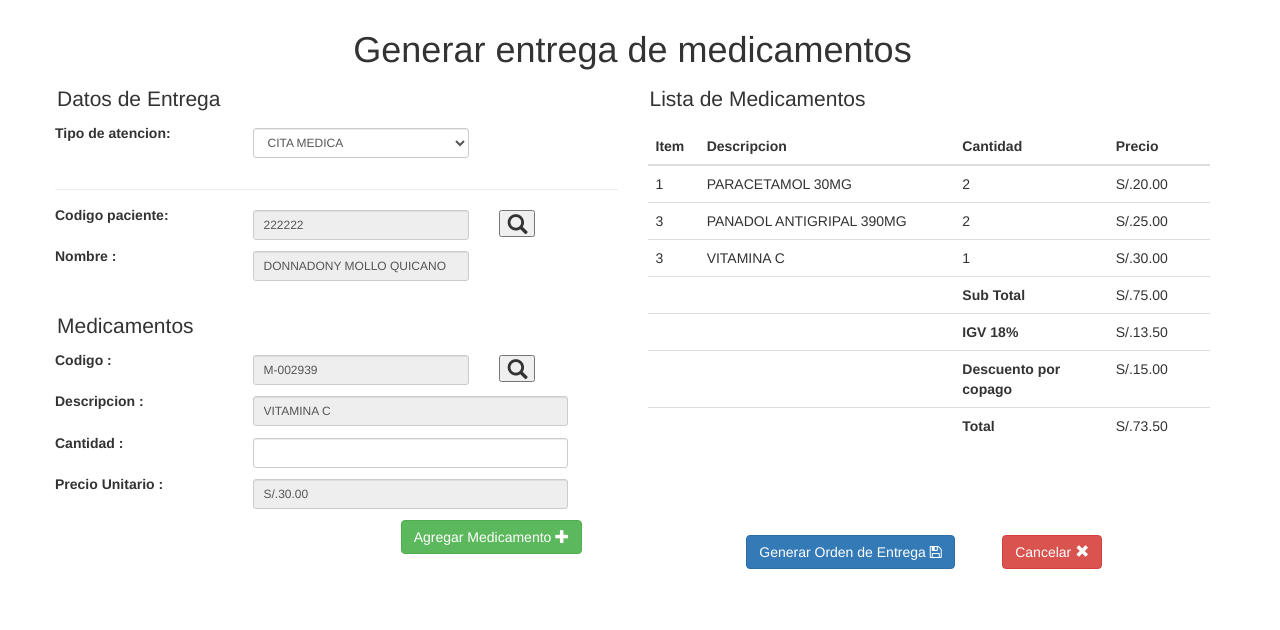
Repository: Donyx10/ADSII-ProyectoClinica
Page: http://localhost/AvanceWeb/GenerarOrdenDeEntregaDeMedicamentos2.jsp
An editor plug-in stored every save of this project. The page is shown before and after the next save, followed by the edit.
The browser window is 1280 px wide. The pictures show the whole page.
Some web fonts or font styles are not loaded; a fallback is used. The page is served by Tomcat 9.

Above is the page before, as saved 2018-06-07 16:58:52.

After the next save:
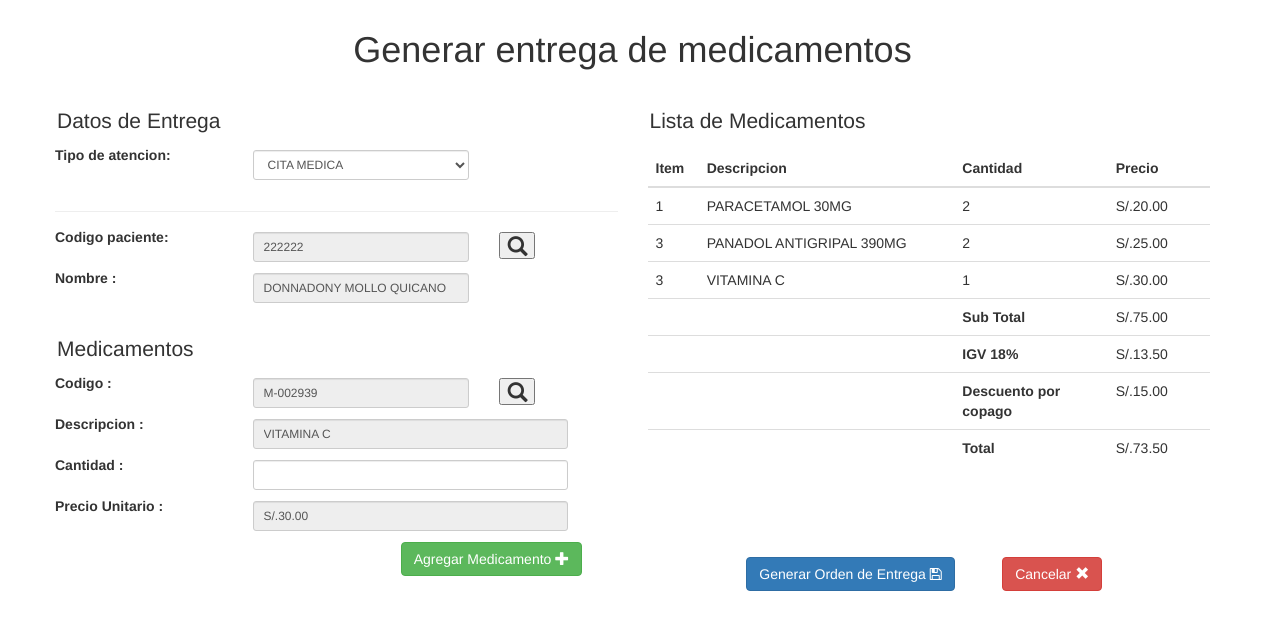
Saved 38 s later.
--- a/WebDemo/AvanceWeb/WebContent/GenerarOrdenDeEntregaDeMedicamentos2.jsp
+++ b/WebDemo/AvanceWeb/WebContent/GenerarOrdenDeEntregaDeMedicamentos2.jsp
@@ -22,8 +22,9 @@
 
 	<div class="container"
 		style="padding-top: 10px; line-height: 0.8; padding-left: 0.01px;">
+
 		<h1 align="center">Generar entrega de medicamentos</h1>
-		<br>
+		<br><br><br>
 		<form action="generarCita" id="id_form">
 			<div class="form-group row">
 				<div class="col-md-6">
